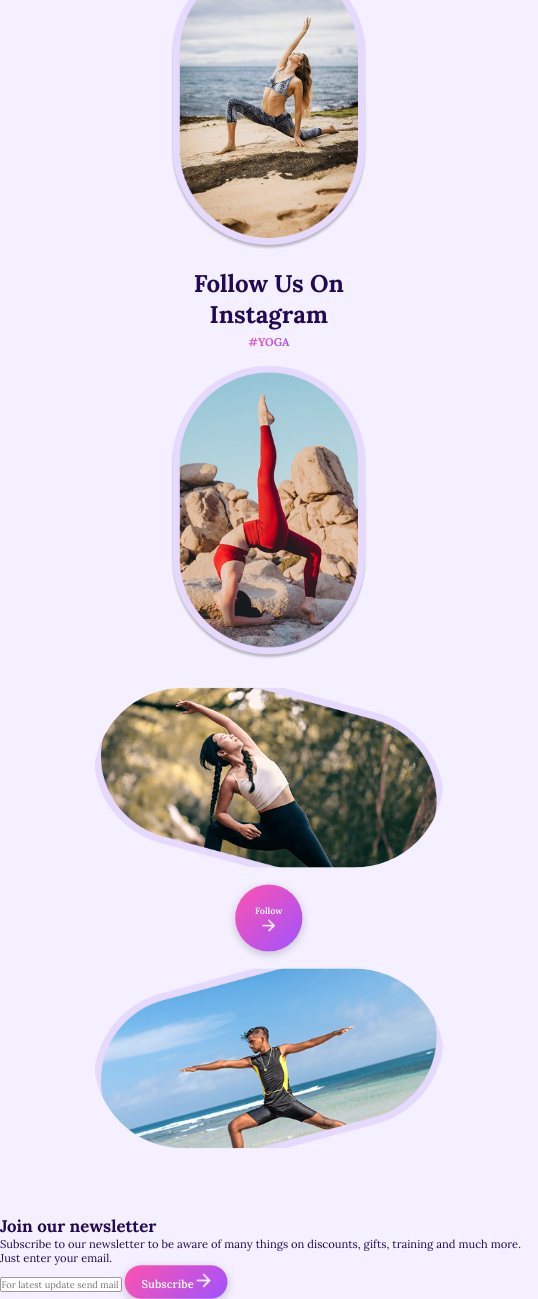
Repository: EunsuhJeon/responsive-yoga-website
Page: index.html
These files come from the project's save history. The page is drawn as it stood at one moment and after the next save; the edit follows.
The browser window is 768 px wide. The pictures show the part of the page from y = 1458 to 3698 px (the page is 3314 px tall before and 3698 px after), at 70% of full size.

Above is the page before, as saved 2025-11-26 01:00:21.

### index.html
<!DOCTYPE html>
<html lang="en">
<head>
    <meta charset="UTF-8">
    <meta name="viewport" content="width=device-width, initial-scale=1.0">
    <title>Yoga website</title>
    <link rel="stylesheet" href="./main.css">
    <link rel="preconnect" href="https://fonts.googleapis.com">
    <link rel="preconnect" href="https://fonts.gstatic.com" crossorigin>
    <link href="https://fonts.googleapis.com/css2?family=Lora:ital,wght@0,400..700;1,400..700&display=swap" rel="stylesheet">
</head>
<body>
    <header>
        <img src="./assets/logos/logo.png" alt="logo">
        <nav>
            <ul>
                <li>Home</li>
                <li>Services1</li>
                <li>Services2</li>
                <li>Contact</li>
            </ul>
        </nav>
        <a href="#"></a>
    </header>
    <main>
        <!-- Jade - start -->
        <section id="section-hero">
            <h1>Choose Your Best Yoga Teacher</h1>
            <p>Calm your mind and body with the best yoga teachers available, relax your day and stay positive.</p>
            <input class="btn" type="button" value="Get Started Free">
            <div>
                <div>300+</div>
                <p>Yoga Class</p>
            </div>
            <div>
                <div>40+</div>
                <p>Participants</p>
            </div>
        </section>
        <section id="section-influencers">
            <h2>#01</h2>
            <img src="" alt="">
            <p>Get a list of specific influencers in your niche at your fingertips so you can focus on managing your status.</p>
            <a href="#">Next</a>
        </section>
        <section id="section-wellness-cta">
            <img src="" alt="">
            <h2>Bring Happiness To Good Health!</h2>
            <p>If you take care of your good health, take care of your mentality and lead a healthy life with positive thoughts every day.</p>
            <input class="btn" type="button" value="Let's Start">
        </section>
        <!-- Jade - end -->


        <!-- Andrea - start -->
        <section class="section-4-place">
            <div class="section-4-place-content">
                <h1 class="section-4-title">
                    Anytime, Any<br>
                    Place, Any<br>
                    Workout
                </h1>
                <p class="section-4-text">
                    Take your routine at any time of your day, with the new
                    videos and with the teachers who will guide you.
                </p>
                <button class="btn btn-primary">
                    Get Started Free
                    <img
                        class="btn-icon"
                        src="./assets/icons/p2-s1-button-pink-Arrow.png"
                        alt="Arrow icon">
                </button>
            </div>

            <div class="section-4-place-media">
                <div class="section-4-place-images">
                    <img
                        class="section-4-place-img section-4-place-img-top"
                        src="./assets/images/b2-s1-routine-yoga-1.png"
                        alt="Yoga routine 1">
                    <img
                        class="section-4-place-img section-4-place-img-bottom"
                        src="./assets/images/b2-s1-routine-yoga-2.png"
                        alt="Yoga routine 2">
                </div>

                <button class="pill-btn pill-btn-top">
                    <img
                        class="pill-icon"
                        src="./assets/icons/p2-s1-button-white-ri_play.svg"
                        alt="Play icon">
                    High Quality Video
                </button>

                <button class="pill-btn pill-btn-bottom">
                    <img
                        class="pill-icon"
                        src="./assets/icons/p2-s1-button-white-person.svg"
                        alt="Person icon">
                    Professional Trainer
                </button>
            </div>
        </section>

        <!-- Seccion 5 - Follow -->
        <section class="seccion-5-follow">

        <!-- fila superior -->
        <div class="seccion-5-top">
            <img
            class="seccion-5-img seccion-5-img-tl"
            src="./assets/images/b2-s2-follow-yoga-1.png"
            alt="Yoga pose top-left">

            <div class="seccion-5-text">
            <h2 class="seccion-5-title">
                Follow Us On<br>Instagram
            </h2>
            <p class="seccion-5-hashtag">
                <span class="gradient-text">#YOGA</span>
            </p>
            </div>

            <img
            class="seccion-5-img seccion-5-img-tr"
            src="./assets/images/b2-s2-follow-yoga-2.png"
            alt="Yoga pose top-right">
        </div>

        <!-- fila inferior -->
        <div class="seccion-5-bottom">

            <img
            class="seccion-5-img seccion-5-img-bl"
            src="./assets/images/b2-s2-follow-yoga-3.png"
            alt="Yoga pose bottom-left">

            <button class="btn btn-circle">
            <span>Follow</span>
            <img
                class="btn-icon"
                src="./assets/icons/p2-s1-button-pink-Arrow.png"
                alt="Arrow icon">
            </button>

            <img
            class="seccion-5-img seccion-5-img-br"
            src="./assets/images/b2-s2-follow-yoga-4.png"
            alt="Yoga pose bottom-right">
        </div>
        </section>

        <!-- Seccion 6 - Newsletter -->
        <section class="seccion-6-newsletter">

        <div class="newsletter-box">
            <h2 class="newsletter-title">Join our newsletter</h2>

            <p class="newsletter-subtitle">
            Subscribe to our newsletter to be aware of many things on discounts, gifts,
            training and much more. Just enter your email.
            </p>

            <div class="newsletter-form">
            <input
                type="email"
                class="newsletter-input"
                placeholder="For latest update send mail">

            <button class="btn newsletter-btn">
                Subscribe
                <img
                class="btn-icon"
                src="./assets/icons/p2-s1-button-pink-Arrow.png"
                alt="Arrow icon">
            </button>
            </div>
        </div>

        </section>


    <!-- Andrea - end -->
    </main>
    <footer>

    </footer>
</body>
</html>

### main.css
*{
    box-sizing: border-box;
    margin: 0;
    padding: 0;
    font-family: "Lora", serif;
    font-optical-sizing: auto;
    font-style: normal;
}

body{
    width: 100%;
    height: 100%;
}

:root {
  --btn-gradient: linear-gradient(135deg, #FF52AF, #9F53FF);
  --btn-text: #fff;
  --btn-radius: 64px;
  --btn-padding: 12px 24px;
  --btn-shadow: 0 4px 12px rgba(0, 0, 0, 0.20);
}

button,
.btn {
  background: var(--btn-gradient);
  color: var(--btn-text);
  padding: var(--btn-padding);
  border: none;
  border-radius: var(--btn-radius);
  box-shadow: var(--btn-shadow);

  font-size: 16px;
  font-weight: 600;
  cursor: pointer;
  transition: transform 0.2s ease, opacity 0.2s ease;
}

/* Hover */
button:hover,
.btn:hover {
  transform: translateY(-2px);
  opacity: 0.9;
}

/* Active (cuando se hace click) */
button:active,
.btn:active {
  transform: translateY(0);
  opacity: 0.75;
}

@media (prefers-color-scheme: light) {
  body {
    background: #F5F0FF;
    color: #220953;
  }
}

@media (prefers-color-scheme: dark) {
  body {
    background: #14092A;
    color: #D1C0F1;
  }

    /* Andrea: Section-4 pill buttons cambian a #372A51 en oscuro */
  .pill-btn {
    background: #372A51;
    color: #F5F0FF;
  }
}



/* jade - start */

/* jade - end */



/* Andrea - start */

/* ---------- Section 4 - Place ---------- */
/* ----------TIPOGRAFÍA / TEXTOS---------- */

.section-4-title {
  font-size: clamp(2.4rem, 3vw + 1.2rem, 3.4rem);
  line-height: 1.2;
  margin-bottom: 16px;
}

.section-4-text {
  font-size: 0.95rem;
  line-height: 1.6;
  max-width: 360px;
  margin-bottom: 24px;
}

/* botón principal dentro de la sección */
.btn-primary {
  display: inline-flex;
  align-items: center;
  gap: 10px;
}

.btn-icon {
  width: 20px;
  height: 20px;
}

/* ---------- SECTION-4-PLACE ---------- */

.section-4-place {
  max-width: 1120px;
  margin: 0 auto;
  padding: 80px 16px;
  display: flex;
  align-items: center;
  justify-content: space-between;
  gap: 56px;
}

.section-4-place-content {
  flex: 1;
}

.section-4-place-media {
  flex: 1;
  position: relative;
  display: flex;
  justify-content: center;
}

.section-4-place-images {
  position: relative;
  width: 360px;
  height: 360px;
}

.section-4-place-img {
  width: 100%;
  height: auto;
  border-radius: 192px;
  object-fit: cover;
}

.section-4-place-img-top {
  position: absolute;
  top: 0;
  left: 0%;
  width: 85%;
  z-index: 2;
}

.section-4-place-img-bottom {
  position: absolute;
  bottom: 0;
  right: 0%;
  width: 90%;
  z-index: 1;
}

/* ---------- BOTONES BLANCOS (PILLS) ---------- */

.pill-btn {
  position: absolute;
  display: inline-flex;
  align-items: center;
  gap: 8px;
  padding: 8px 16px;
  border-radius: 16px;
  background: #ffffff;
  color: #372A51;
  font-size: 0.75rem;
  font-weight: 600;
  box-shadow: var(--btn-shadow);
  border: none;
  z-index: 10;
}

.pill-icon {
  width: 18px;
  height: 18px;
}

.pill-btn-top {
  top: 22%;
  right: 12%;
  transform: translate(20%, -50%);
}

.pill-btn-bottom {
  bottom: 12%;
  left: 12%;
  transform: translate(-15%, 50%);
}


/* ---------- RESPONSIVE ---------- */

@media (max-width: 768px) {
  .section-4-place {
    flex-direction: column;
    text-align: center;
    padding-top: 48px;
  }

  .section-4-place-content {
    order: 1;
  }

  .section-4-place-text {
    margin-left: auto;
    margin-right: auto;
  }

  .section-4-place-media {
    order: 2;
    width: 100%;
  }

  .section-4-place-images {
    width: 280px;
    height: 280px;
  }

  .pill-btn-top {
    top: 12%;
    right: 8%;
    transform: translate(0, -50%);
  }

  .pill-btn-bottom {
    bottom: 6%;
    left: 20%;
    transform: translate(0, 50%);
  }
}

/* -------- Seccion 5 - Follow -------- */

.seccion-5-follow {
  max-width: 1120px;
  margin: 0 auto;
  padding: 80px 16px 96px;
}

/* Filas superior e inferior */
.seccion-5-top,
.seccion-5-bottom {
  display: flex;
  align-items: center;
  justify-content: space-between;
  gap: 32px;
}

.seccion-5-top {
  margin-bottom: 40px;
}

/* Texto del centro */
.seccion-5-text {
  text-align: center;
}

.seccion-5-title {
  font-size: clamp(2rem, 2.4vw + 1rem, 2.6rem);
  line-height: 1.3;
  margin-bottom: 8px;
}

.seccion-5-hashtag {
  font-size: 1rem;
}

/* Hashtag #YOGA con gradiente */
.gradient-text {
  background: var(--btn-gradient);
  -webkit-background-clip: text;
  background-clip: text;
  color: transparent;
  font-weight: 700;
}

/* Estilo base para todas las imágenes */
.seccion-5-img {
  object-fit: cover;
  border-radius: 192px;
  background: transparent;
}

/* Imágenes superiores (verticales) */
.seccion-5-img-tl,
.seccion-5-img-tr {
  width: 280px;
  height: 420px;
}

/* Imágenes inferiores (apaisadas, ya rotadas en el archivo) */
.seccion-5-img-bl,
.seccion-5-img-br {
  width: 500px;
  height: 257px;
}

/* Botón circular central */
.btn-circle {
  width: 96px;
  height: 96px;
  padding: 0;
  border-radius: 64px;
  display: flex;
  flex-direction: column;
  align-items: center;
  justify-content: center;
  gap: 4px;
  font-size: 0.8rem;
}

.btn-circle .btn-icon {
  width: 18px;
  height: 18px;
}

/* -------- Responsive -------- */

@media (max-width: 768px) {
  .seccion-5-follow {
    padding-top: 48px;
  }

  .seccion-5-top,
  .seccion-5-bottom {
    flex-direction: column;
    gap: 24px;
  }

  .seccion-5-text {
    order: 1;
  }

  .seccion-5-img-tl {
    order: 0;
  }

  .seccion-5-img-tr {
    order: 2;
  }
}



/* Andrea - end */

After the next save:
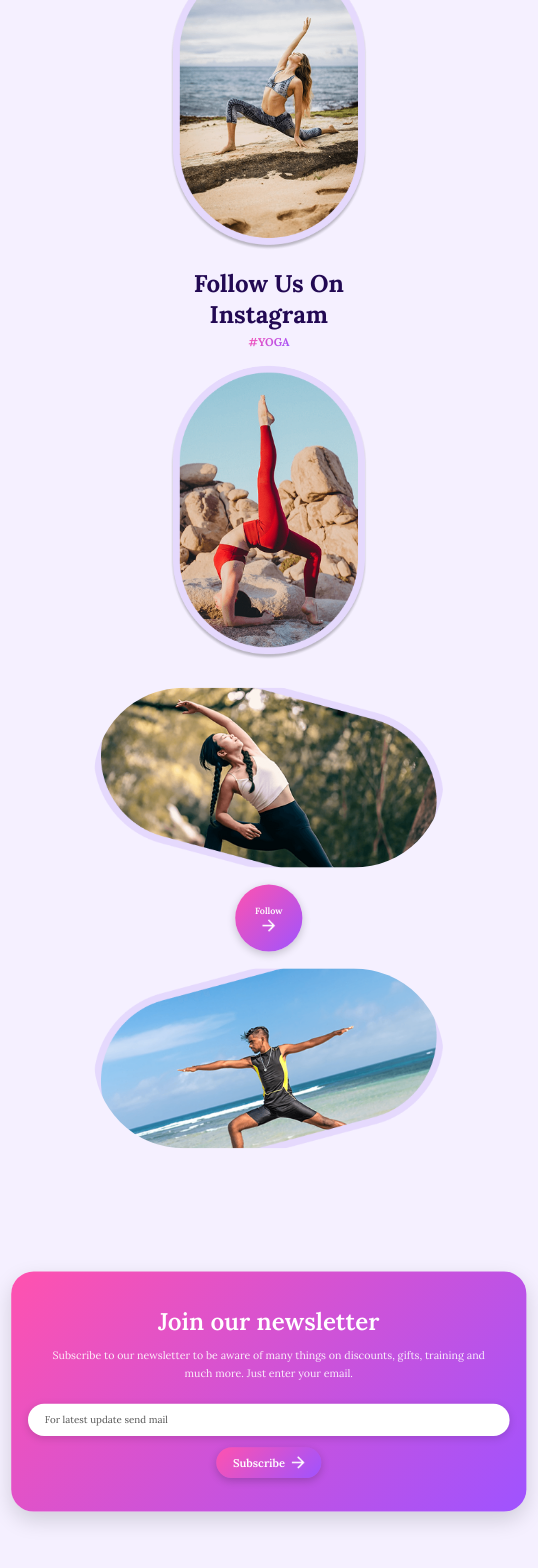
Saved 9 s later.
--- a/main.css
+++ b/main.css
@@ -347,6 +347,97 @@ button:active,
   }
 }
 
+/* -------- Seccion 6 - Newsletter -------- */
+
+.seccion-6-newsletter {
+  max-width: 1120px;
+  margin: 0 auto;
+  padding: 80px 16px;
+  display: flex;
+  justify-content: center;
+}
+
+.newsletter-box {
+  width: 100%;
+  background: var(--btn-gradient); /* usa tu gradiente rosa–violeta */
+  padding: 60px 40px;
+  border-radius: 32px;
+  text-align: center;
+  color: white;
+  box-shadow: 0 12px 30px rgba(0, 0, 0, 0.15);
+}
+
+.newsletter-title {
+  font-size: clamp(2rem, 2.4vw + 1rem, 2.8rem);
+  margin-bottom: 16px;
+  font-weight: 600;
+}
+
+.newsletter-subtitle {
+  max-width: 640px;
+  margin: 0 auto 32px;
+  font-size: 0.95rem;
+  line-height: 1.6;
+  opacity: 0.9;
+}
+
+/* form */
+.newsletter-form {
+  display: flex;
+  align-items: center;
+  justify-content: center;
+  gap: 12px;
+  flex-wrap: wrap;
+}
+
+.newsletter-input {
+  width: 320px;
+  max-width: 80%;
+  padding: 14px 24px;
+  border-radius: 32px;
+  border: none;
+  font-size: 14px;
+  outline: none;
+  box-shadow: 0 3px 12px rgba(0, 0, 0, 0.15);
+}
+
+.newsletter-input::placeholder {
+  color: #555;
+}
+
+.newsletter-btn {
+  display: inline-flex;
+  align-items: center;
+  gap: 10px;
+  padding: 12px 24px;
+  border-radius: 32px;
+  background: var(--btn-gradient);
+  color: var(--btn-text);
+  box-shadow: var(--btn-shadow);
+}
+
+.newsletter-btn .btn-icon {
+  width: 18px;
+  height: 18px;
+}
+
+/* -------- Responsive -------- */
+
+@media (max-width: 768px) {
+  .newsletter-box {
+    padding: 48px 24px;
+  }
+
+  .newsletter-form {
+    flex-direction: column;
+    gap: 16px;
+  }
+
+  .newsletter-input {
+    width: 100%;
+    max-width: 100%;
+  }
+}
 
 
 /* Andrea - end */
